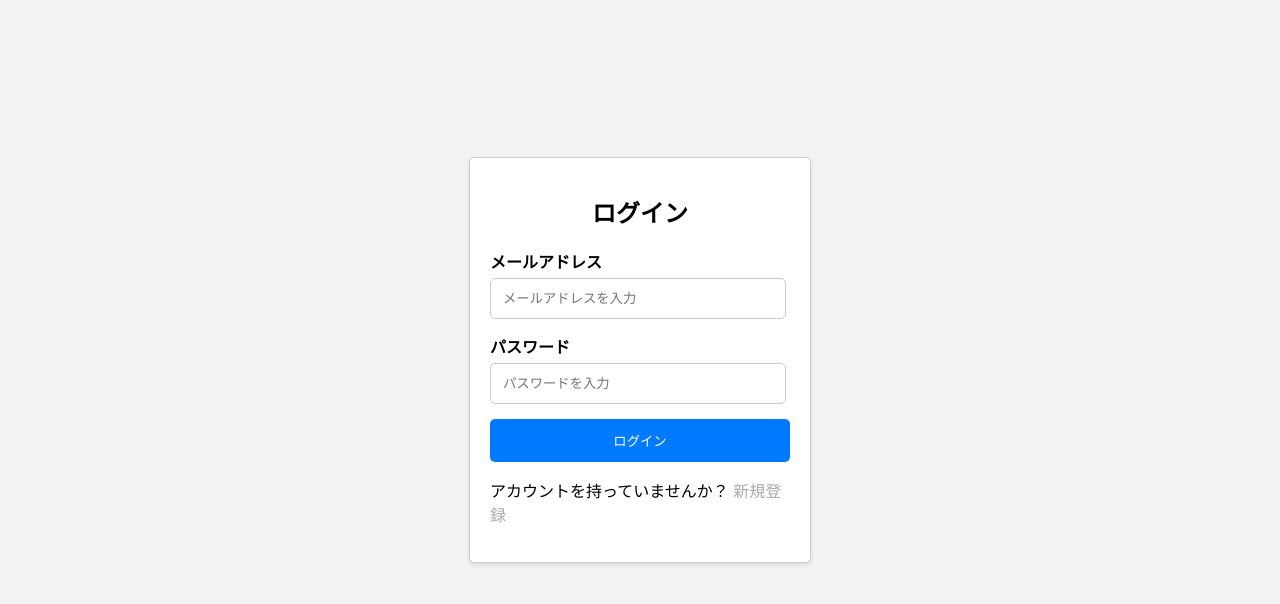
Repository: Jutta197/blog_0815
Page: src/main/resources/static/admin_login.html
These files come from the project's save history. The page is drawn as it stood at one moment and after the next save; the edit follows.
The browser window is 1280 px wide. The pictures show the whole page.

Above is the page before, as saved 2023-08-15 12:40:17.

After the next save:
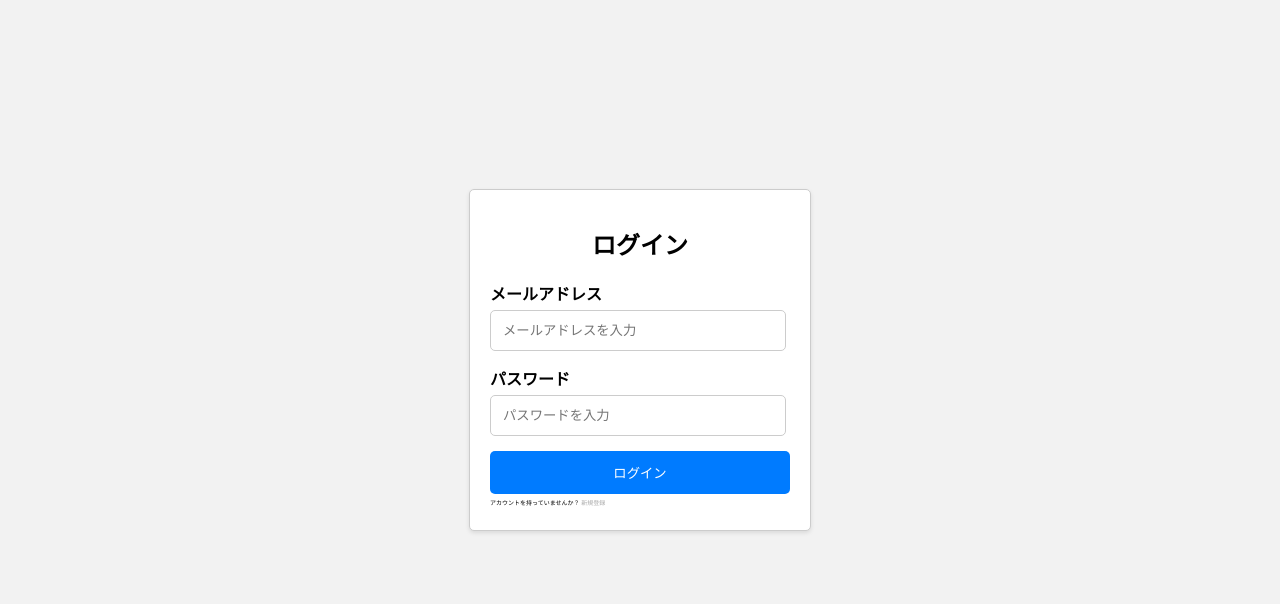
Saved 83 s later.
--- a/src/main/resources/static/login.css
+++ b/src/main/resources/static/login.css
@@ -61,6 +61,10 @@ input[type="password"]:focus {
     background-color: #0056b3;
 }
 
+.signup-link {
+    font-size: 20%;
+}
+
 .signup-link a {
     color: #aaa;
     /* 初始颜色 */
